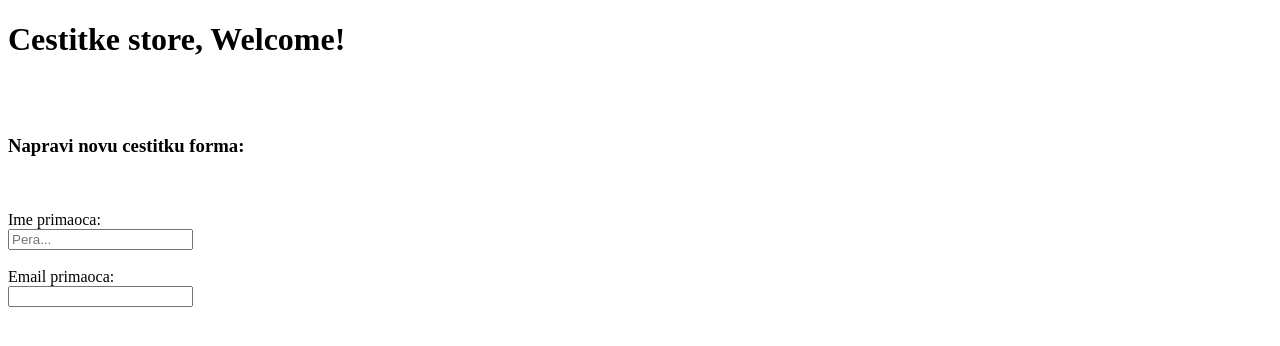
Repository: ObradovicNikola/pmf-rzk-part2
Page: http://localhost/CestitkeWEB/
These files come from the project's save history. The page is drawn as it stood at one moment and after the next save; the edit follows.
The browser window is 1280 px wide. The pictures show the whole page.
The page is served by Tomcat 9.

Above is the page before, as saved 2022-12-06 18:37:28.

### CestitkeWEB/src/main/webapp/index.jsp
<%@ page language="java" contentType="text/html; charset=UTF-8"
    pageEncoding="UTF-8"%>
<!DOCTYPE html>
<html>
<head>
<meta charset="UTF-8">
<title>Cestitke</title>
</head>
<body>
	<h1>Cestitke store, Welcome!</h1>

	<br />
	<br />
	<h3>Napravi novu cestitku forma:</h3>
	<br />
	<br />
	<form action="CestitkeServlet">
		<label>Ime primaoca:</label>
		<br />
		<input type="text" name="to" placeholder="Pera..." />
		<br />
		<br />
		<label>Email primaoca:</label>
		<br />
		<input type="text" name="to" />
		<br />
		<br />

	</form>
</body>
</html>

After the next save:
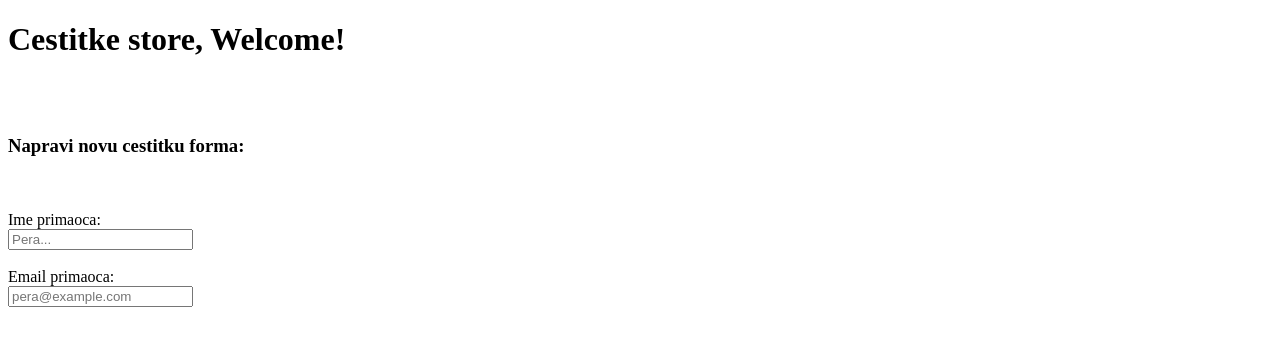
Saved 10 s later.
--- a/CestitkeWEB/src/main/webapp/index.jsp
+++ b/CestitkeWEB/src/main/webapp/index.jsp
@@ -22,7 +22,7 @@
 		<br />
 		<label>Email primaoca:</label>
 		<br />
-		<input type="text" name="to" />
+		<input type="email" name="to" placeholder="pera@example.com" />
 		<br />
 		<br />
 
